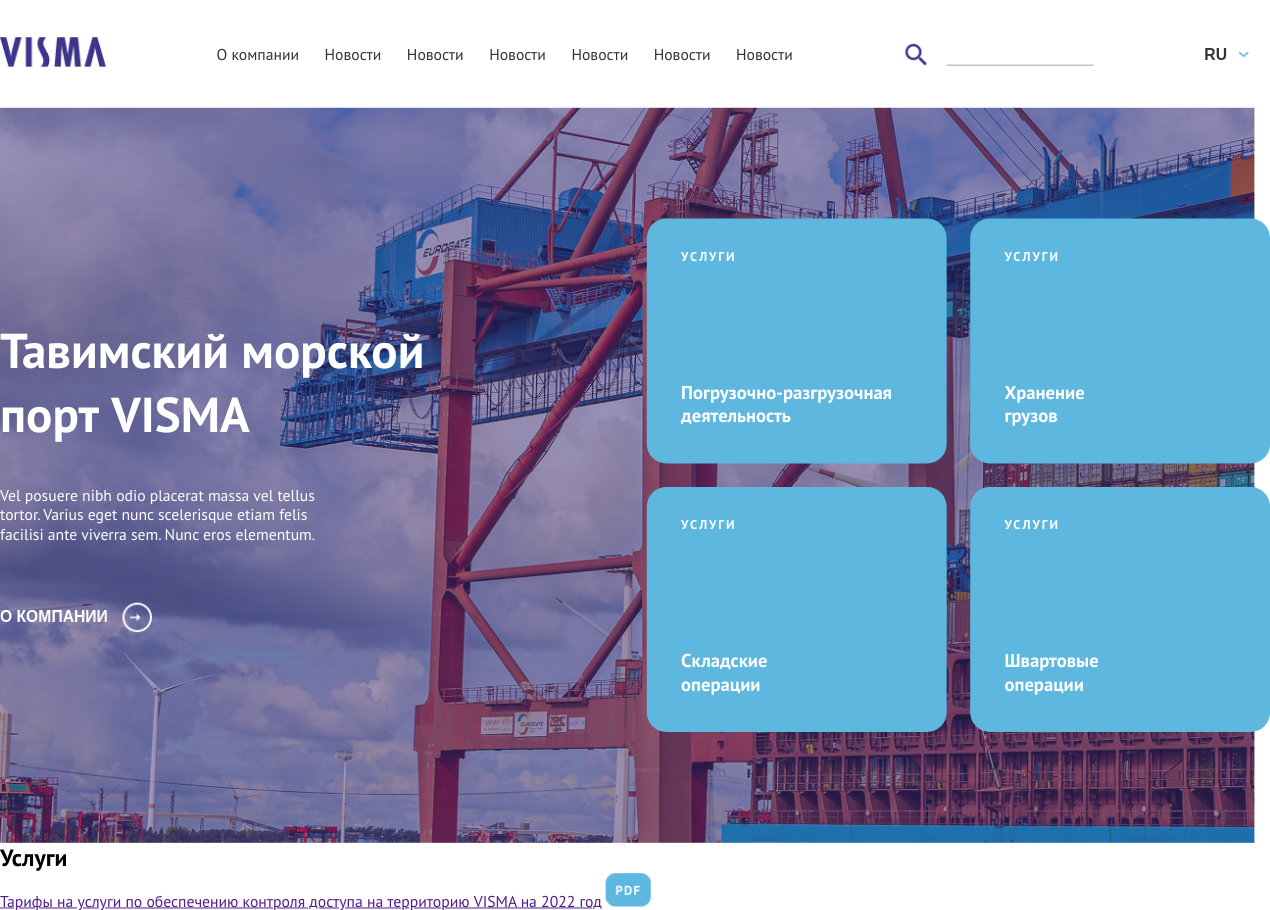
Repository: Shaiyr1/Visma
Page: index.html
The author's editor kept a copy of each file at every save. The page is drawn from the files as they stood at one save, then again after the next save.
The browser window is 1280 px wide. The page is 1296 px wide, so the pictures cover 1296 px, including what lies to the right of the window. The pictures show the whole page, at 98% of full size.
The style sheet was rebuilt from its Sass, Less or Tailwind sources for each picture, by a compiler version that may differ from the author's.

Above is the page before, as saved 2026-09-16 14:22:24.

### index.html
<!DOCTYPE html>
<html lang="en">
<head>
    <meta charset="UTF-8">
    <meta http-equiv="X-UA-Compatible" content="IE=edge">
    <meta name="viewport" content="width=device-width, initial-scale=1.0">
    <link rel="stylesheet" href="./src/css/style.css">
    <title>Document</title>
</head>
<body>
    <header class="header">
        <nav class="header-nav">
            <a class="header-nav__link" href="#">
                <img class="header-nav__logo" src="./src/img/Vector (1).png" alt="logo">
            </a>
            <ul class="header-nav__ul">
                <li class="header-nav__li">
                    <a class="header-nav__li-link" href="#">О компании</a>
                </li>
                <li class="header-nav__li">
                    <a class="header-nav__li-link" href="#">Новости</a>
                </li>
                <li class="header-nav__li">
                    <a class="header-nav__li-link" href="#">Новости</a>
                </li>
                <li class="header-nav__li">
                    <a class="header-nav__li-link" href="#">Новости</a>
                </li>
                <li class="header-nav__li">
                    <a class="header-nav__li-link" href="#">Новости</a>
                </li>
                <li class="header-nav__li">
                    <a class="header-nav__li-link" href="#">Новости</a>
                </li>
                <li class="header-nav__li">
                    <a class="header-nav__li-link" href="#">Новости</a>
                </li>
            </ul>
            <label class="header-nav__label" for="">
                <img class="header-nav__icon" src="./src/img/ic_round-search.png" alt="icon">
                <input class="header-nav__input" type="search">
            </label>
            <select class="header-nav__select" name="" id="">
                <option class="header-nav__option" value="">RU</option>
                <option class="header-nav__option" value="">ENG</option>
            </select>
        </nav>
    </header>
    <main>
        <section class="home">
            <div class="container home__blocks">
                <div class="home-block">
                    <h1 class="home-block__title">Тавимский морской порт VISMA</h1>
                    <p class="home-block__subtitle">
                        Vel posuere nibh odio placerat massa vel tellus tortor. Varius eget nunc scelerisque etiam felis facilisi ante viverra sem. Nunc eros elementum.
                    </p>
                    <button class="home-block__btn">
                        О КОМПАНИИ
                        <img class="home-block__btn-icon" src="./src/img/Group 7.png" alt="">
                    </button>
                </div>
                <div class="home-services">
                    <div class="home-services__item">
                        <span class="home-services__item-span">УСЛУГИ</span>
                        <p class="home-services__item-text">
                            Погрузочно-разгрузочная <br> деятельность
                        </p>
                    </div>
                    <div class="home-services__item">
                        <span class="home-services__item-span">УСЛУГИ</span>
                        <p class="home-services__item-text">
                            Хранение <br> грузов
                        </p>
                    </div>
                    <div class="home-services__item">
                        <span class="home-services__item-span">УСЛУГИ</span>
                        <p class="home-services__item-text">
                            Складские <br> операции
                        </p>
                    </div>
                    <div class="home-services__item">
                        <span class="home-services__item-span">УСЛУГИ</span>
                        <p class="home-services__item-text">
                            Швартовые <br> операции
                        </p>
                    </div>
                </div>
            </div>
        </section>
        <section class="services">
            <div class="container">
                <div class="services-block">
                    <h2 class="services-block__title">Услуги</h2>
                    <ul class="services-block__ul">
                        <li class="services-block__li">
                            <a class="services-block__li-link" href="">Тарифы на услуги по обеспечению контроля доступа на территорию VISMA на 2022 год</a>
                            <img src="./src/img/Frame 50.png" alt="images">
                        </li>
                    </ul>
                </div>
            </div>
        </section>
    </main>
</body>

</html>

### src/scss/style.scss
* {
    margin: 0;
    padding: 0;
    box-sizing: border-box;
}

@import url('https://fonts.googleapis.com/css2?family=PT+Sans:ital,wght@0,400;0,700;1,400;1,700&display=swap');

body {
    font-family: "PT Sans", sans-serif;
}
.container {
    width: 1296px;
    margin: 0 auto;
}

@import "header";
@import "home";

### src/scss/header.scss
.header {

    &-nav {
        width: 1296px;
        height: 110px;
        margin: 0 auto;
        display: flex;
        align-items: center;
        gap: 113px;

        &__link {}

        &__logo {}

        &__ul {
            display: flex;
            align-items: center;
            justify-content: center;
            gap: 26px;
            list-style-type: none;
        }
        &__li {
            &-link {
                text-decoration: none;
                color: #333333;
                font-size: 16px;
            }
        }
        &__label {
            display: flex;
            align-items: flex-end;
            justify-content: center;
            gap: 20px;
        }
        &__input {
            width: 150px;
            border: none;
            outline: none;
            border-bottom: 1px solid rgb(161, 161, 161);
        }
        &__select {
            background: none;
            border: none;
            color: #333333;
            font-size: 16px;
            font-weight: bold;
            outline: none;
            appearance: none;
            padding-right: 30px;
            background-image: url("../img/material-symbols_keyboard-arrow-down-rounded.png");
            background-position: right 20px center;
            background-repeat: no-repeat;
        }
    }
}

### src/scss/home.scss
.home {
    width: 100%;
    height: 750px;
    background-image: url("../img/Rectangle\ 23\ \(6\).png");
    background-repeat: no-repeat;
    background-size: cover;
    padding: 113px 0;

    &__blocks {
        display: flex;
        align-items: center;
        gap: 134px;
    }

    &-block {
        width: 526px;

        &__title {
            width: 526px;
            color: #ffffff;
            text-align: left;
            font-weight: 700;
            font-size: 50px;
        }

        &__subtitle {
            width: 322px;
            margin: 40px 0 60px;
            color: #ffffff;
            text-align: left;
            font-size: 16px;
        }

        &__btn {
            width: 159px;
            height: 30px;
            display: flex;
            justify-content: flex-start;
            align-items: center;
            gap: 15px;
            border: none;
            outline: none;
            cursor: pointer;
            color: #ffffff;
            text-align: left;
            font-size: 16px;
            font-weight: 700;
            background: none;


            &-icon {}
        }
    }

    &-services {
        display: flex;
        flex-wrap: wrap;
        gap: 24px;

        &__item {
            background-color: #5db7de;
            width: 306px;
            height: 250px;
            border-radius: 20px;
            padding: 30px 35px;
            display: flex;
            flex-direction: column;
            align-items: flex-start;
            gap: 118px;

            &-span {
                color: #ffffff;
                text-align: left;
                font-size: 13px;
                font-weight: 700;
                letter-spacing: 2px;

            }

            &-text {
                color: #ffffff;
                text-align: left;
                font-size: 19px;
                font-weight: 700;
            }
        }
    }
}

After the next save:
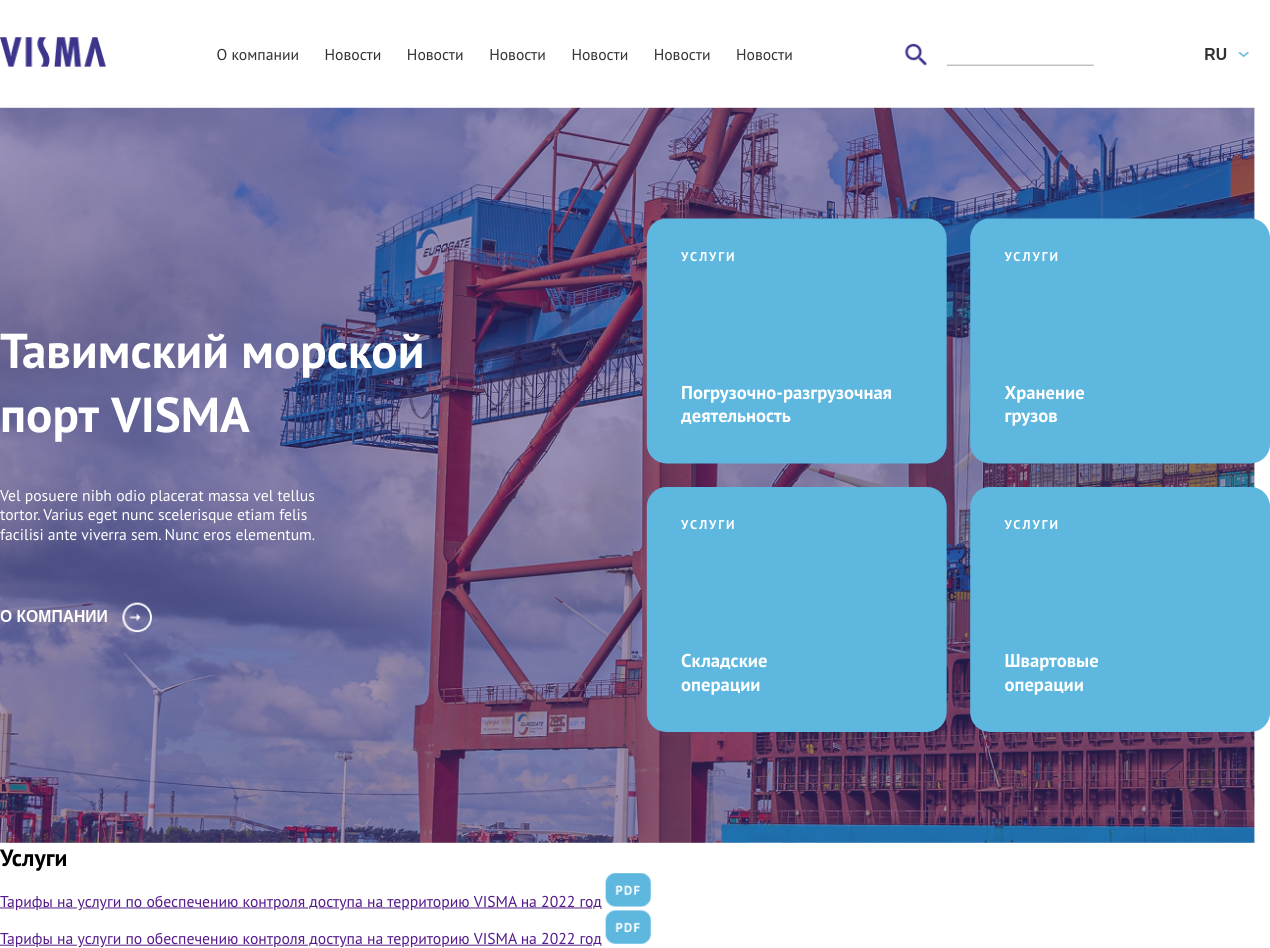
Saved 58 s later.
--- a/index.html
+++ b/index.html
@@ -96,6 +96,10 @@
                             <a class="services-block__li-link" href="">Тарифы на услуги по обеспечению контроля доступа на территорию VISMA на 2022 год</a>
                             <img src="./src/img/Frame 50.png" alt="images">
                         </li>
+                        <li class="services-block__li">
+                            <a class="services-block__li-link" href="">Тарифы на услуги по обеспечению контроля доступа на территорию VISMA на 2022 год</a>
+                            <img src="./src/img/Frame 50.png" alt="images">
+                        </li>
                     </ul>
                 </div>
             </div>
